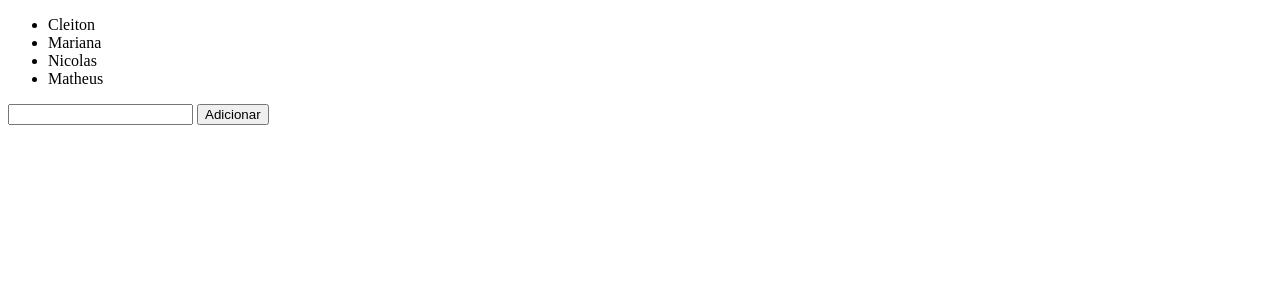
Repository: Orifiel/teste
Page: desafioJavascript0201.html
The author's editor kept a copy of each file at every save. The page is drawn from the files as they stood at one save, then again after the next save.
The browser window is 1280 px wide. The pictures show the whole page.

Above is the page before, as saved 2020-08-18 10:24:25.

### desafioJavascript0201.html
<!DOCTYPE html>
<html lang="en">
<head>
    <meta charset="UTF-8">
    <meta name="viewport" content="width=device-width, initial-scale=1.0">
    <title>Document</title>
</head>
<body>

    <form action="" class="list-name">
        <ul id="listados">

        </ul>
        <input type="text" class="newName">
        <button class="add">Adicionar</button>
    </form>


</body>
<script src="./desafioJavascript0201.js"></script>
</html>

### desafioJavascript0201.js
const nomes = ['Cleiton', 'Mariana', 'Nicolas', 'Matheus']

const lista = document.querySelector('#listados')
const campo = document.querySelector('.newName')
const botao = document.querySelector('.add')

function listarNome(nomes){



    for (let i = 0; i <= nomes.length; i++){
        var item = document.createElement('li')
        item.textContent = nomes[i]

        if( item.textContent > ''){
            lista.appendChild(item)

        } else { console.log('Sem mais nomes para adicionar') }

    }

}

listarNome(nomes)

After the next save:
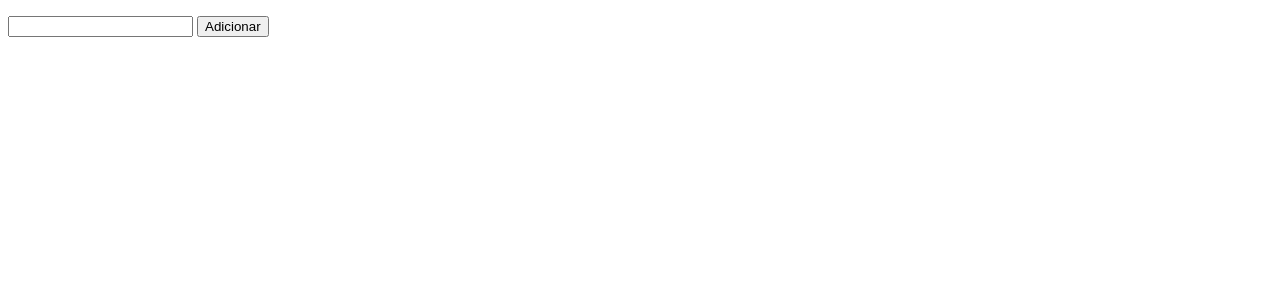
Console error: SyntaxError: Identifier 'nome' has already been declared
Saved 77 s later.
--- a/desafioJavascript0201.js
+++ b/desafioJavascript0201.js
@@ -5,7 +5,6 @@
 const botao = document.querySelector('.add')
 
 function listarNome(nomes){
-
 
 
     for (let i = 0; i <= nomes.length; i++){
@@ -21,4 +20,8 @@
 
 }
 
+function handleNewName(nome) {
+    const nome = campo.innerHTML
+}
+
 listarNome(nomes)

After the 2 saves that followed:
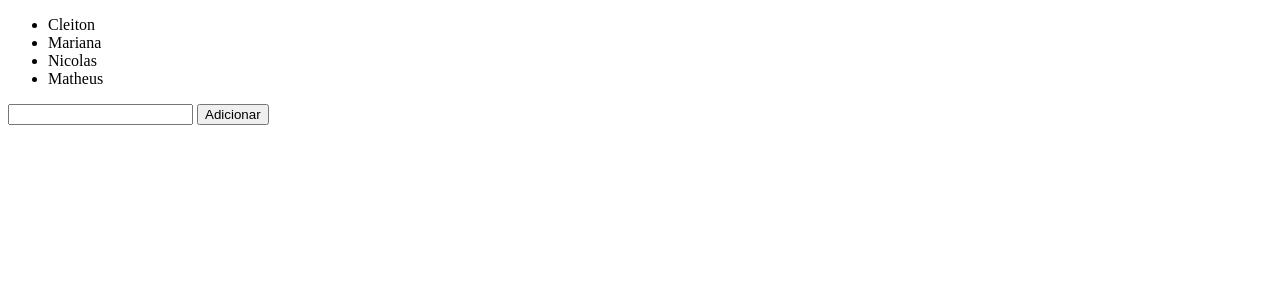
The error is gone.
The 2 saves are shown as one change because 1 left the picture as it was.
The last was saved 99 s later.
--- a/desafioJavascript0201.js
+++ b/desafioJavascript0201.js
@@ -21,7 +21,8 @@
 }
 
 function handleNewName(nome) {
-    const nome = campo.innerHTML
+    const word = campo.textContent
+    console.log(word)
 }
 
 listarNome(nomes)
